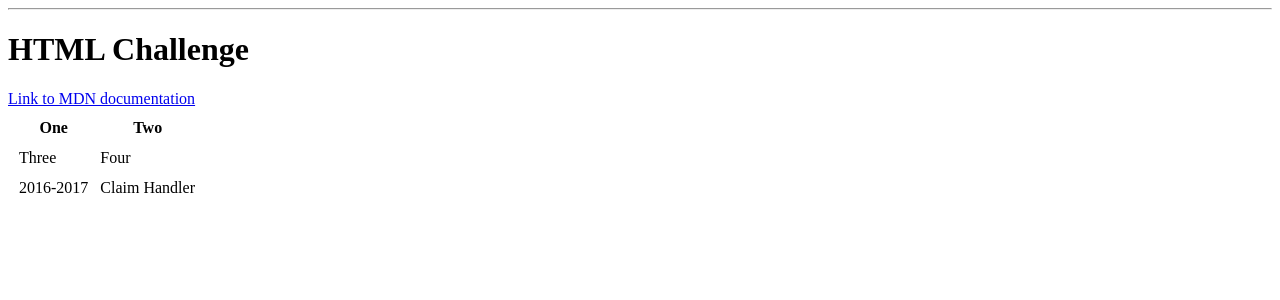
Repository: ew-code/Web-Development
Page: HTML - Personal Site/index copy.html
These files come from the project's save history. The page is drawn as it stood at one moment and after the next save; the edit follows.
The browser window is 1280 px wide. The pictures show the whole page.

Above is the page before, as saved 2021-01-05 18:19:51.

### HTML - Personal Site/index copy.html
<!DOCTYPE html>
<html lang="en" dir="ltr">

<head>
  <meta charset="utf-8"> <!-- dopracować meta description dla silników wyszukiwarek-->
  <title>Html challenge</title>
</head>
 <body>
  <hr>

  <h1><strong> HTML Challenge</strong></h1>

  <a href="https://developer.mozilla.org/en-US/docs/Web/HTML">Link to MDN documentation</a>

  <table cellspacing="10">
  <thead>
    <tr>
      <th>One</th>
      <th>Two</th>
    </tr>
  </thead>
  <tbody>
    <tr>
      <td>Three</td>
      <td>Four</td>
    </tr>
  </tbody>
  <tbody>
    <tr>
      <td>2016-2017</td>
      <td>Claim Handler</td>
    </tr>
  </tbody>
</table>

</body>

</html>

After the next save:
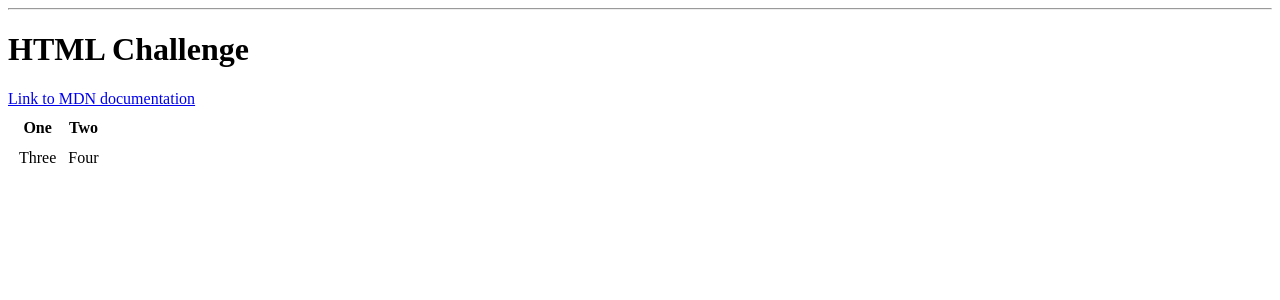
Saved 7 s later.
--- a/HTML - Personal Site/index copy.html
+++ b/HTML - Personal Site/index copy.html
@@ -25,12 +25,6 @@
       <td>Four</td>
     </tr>
   </tbody>
-  <tbody>
-    <tr>
-      <td>2016-2017</td>
-      <td>Claim Handler</td>
-    </tr>
-  </tbody>
 </table>
 
 </body>
